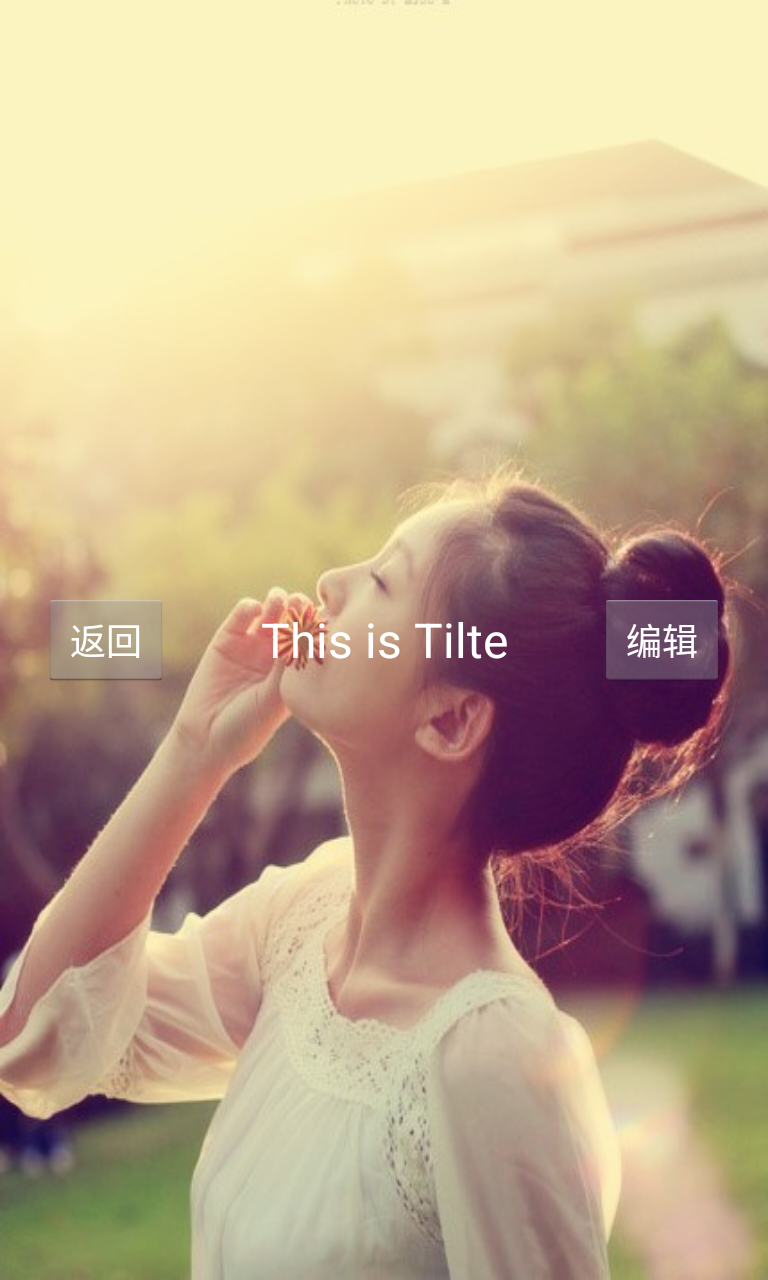
Repository: jinpp/Android
Layout: UICustomViews/res/layout/activity_main.xml
These files come from the project's save history. The layout is drawn as it stood at one moment and after the next save; the edit follows.
It is drawn on a 768 x 1280 px phone screen (xhdpi) without system bars, with theme AppTheme; the app's code is not run.

Above is the layout before, as saved 2016-11-17 05:21:32.

### UICustomViews/res/layout/activity_main.xml
<LinearLayout xmlns:android="http://schemas.android.com/apk/res/android"
    xmlns:tools="http://schemas.android.com/tools"
    android:layout_width="match_parent"
    android:layout_height="match_parent"
    android:paddingBottom="@dimen/activity_vertical_margin"
    android:paddingLeft="@dimen/activity_horizontal_margin"
    android:paddingRight="@dimen/activity_horizontal_margin"
    android:paddingTop="@dimen/activity_vertical_margin"
    android:background="@drawable/myphone"
    tools:context=".MainActivity" >

    <Button
        android:id="@+id/rbutton"
        android:layout_width="wrap_content"
        android:layout_height="wrap_content"
        android:layout_gravity="center"
        android:layout_margin="5dip"
        android:textColor="#fff"
        android:text="返回" />

    <TextView
        android:id="@+id/textview"
        android:layout_width="0dip"
        android:layout_height="wrap_content"
        android:layout_gravity="center"
        android:layout_weight="1"
        android:textColor="#fff"
        android:gravity="center"
        android:text="This is Tilte"
        android:textSize="24sp" />

    <Button
        android:id="@+id/ebutton"
        android:layout_width="wrap_content"
        android:layout_height="wrap_content"
        android:layout_gravity="center"
        android:layout_margin="5dip"
        android:textColor="#fff"
        android:text="编辑" />

</LinearLayout>

Loaded but not shown: UICustomViews/res/values/styles.xml (common file); UICustomViews/res/values-v11/styles.xml (common file); UICustomViews/res/values-v14/styles.xml (common file); UICustomViews/res/values/dimens.xml (common file)

After the next save:
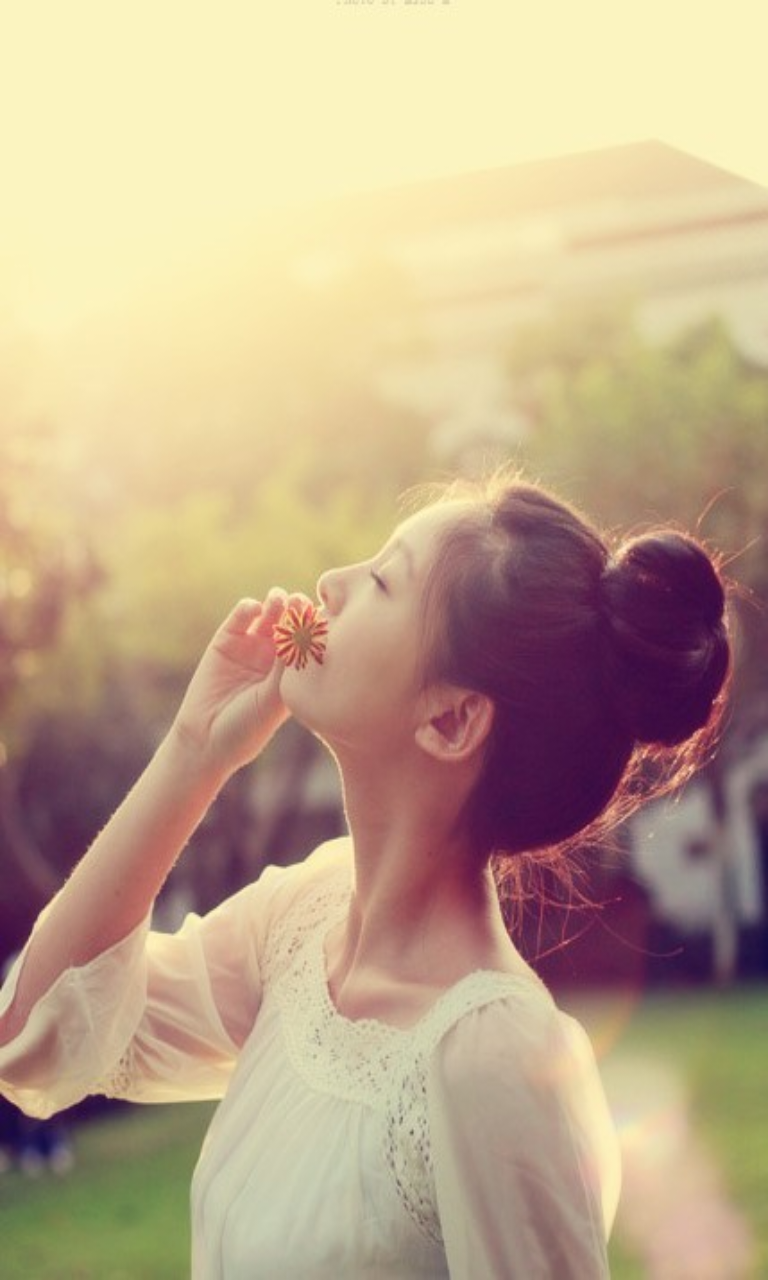
Saved 31 s later.
--- a/UICustomViews/res/layout/activity_main.xml
+++ b/UICustomViews/res/layout/activity_main.xml
@@ -9,33 +9,6 @@
     android:background="@drawable/myphone"
     tools:context=".MainActivity" >
 
-    <Button
-        android:id="@+id/rbutton"
-        android:layout_width="wrap_content"
-        android:layout_height="wrap_content"
-        android:layout_gravity="center"
-        android:layout_margin="5dip"
-        android:textColor="#fff"
-        android:text="返回" />
 
-    <TextView
-        android:id="@+id/textview"
-        android:layout_width="0dip"
-        android:layout_height="wrap_content"
-        android:layout_gravity="center"
-        android:layout_weight="1"
-        android:textColor="#fff"
-        android:gravity="center"
-        android:text="This is Tilte"
-        android:textSize="24sp" />
-
-    <Button
-        android:id="@+id/ebutton"
-        android:layout_width="wrap_content"
-        android:layout_height="wrap_content"
-        android:layout_gravity="center"
-        android:layout_margin="5dip"
-        android:textColor="#fff"
-        android:text="编辑" />
 
 </LinearLayout>
